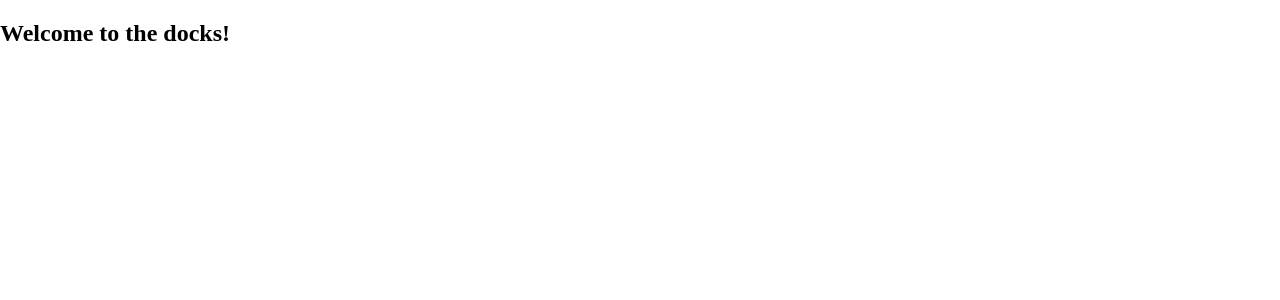
Repository: charliejp0311/java-final-proj
Page: dockWalk-frontend/index.html
The author's editor kept a copy of each file at every save. The page is drawn from the files as they stood at one save, then again after the next save.
The browser window is 1280 px wide. The pictures show the whole page.
The page's requests for data from a server got no answer.

Above is the page before, as saved 2020-08-27 15:43:29.

After the next save:
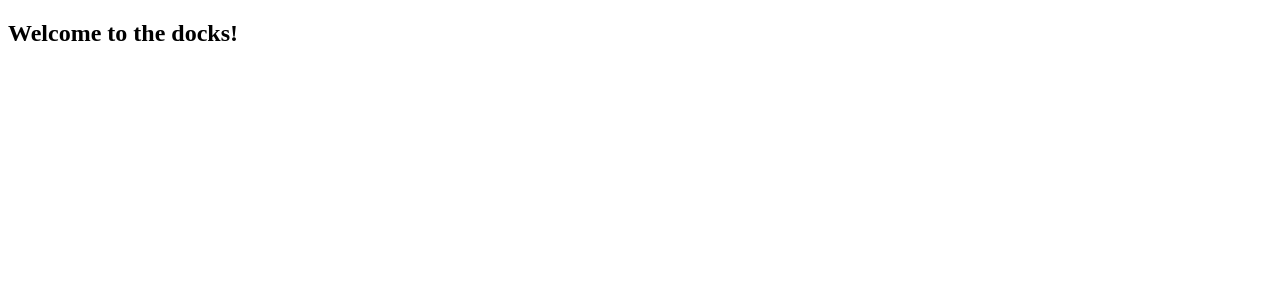
Not found: style.css
Saved 43 s later.
--- a/dockWalk-frontend/index.html
+++ b/dockWalk-frontend/index.html
@@ -2,7 +2,7 @@
 <html lang="en" dir="ltr">
     <head>
         <meta charset="utf-8">
-        <link rel="stylesheet" href="/dockWalk-frontend/style.css">
+        <link rel="stylesheet" href="/style.css">
         <title>Dock Walk</title>
     </head>
     <body id="dock">

After the save that followed:
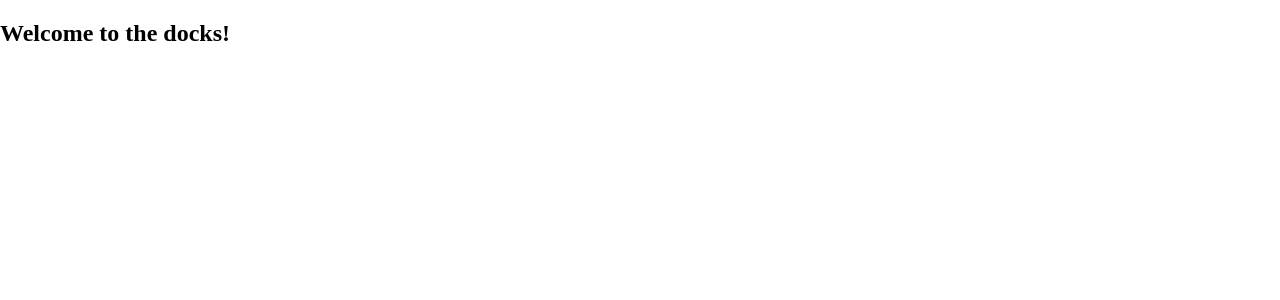
Saved 20 s later.
--- a/dockWalk-frontend/index.html
+++ b/dockWalk-frontend/index.html
@@ -2,7 +2,7 @@
 <html lang="en" dir="ltr">
     <head>
         <meta charset="utf-8">
-        <link rel="stylesheet" href="/style.css">
+        <link rel="stylesheet" href="style.css">
         <title>Dock Walk</title>
     </head>
     <body id="dock">
